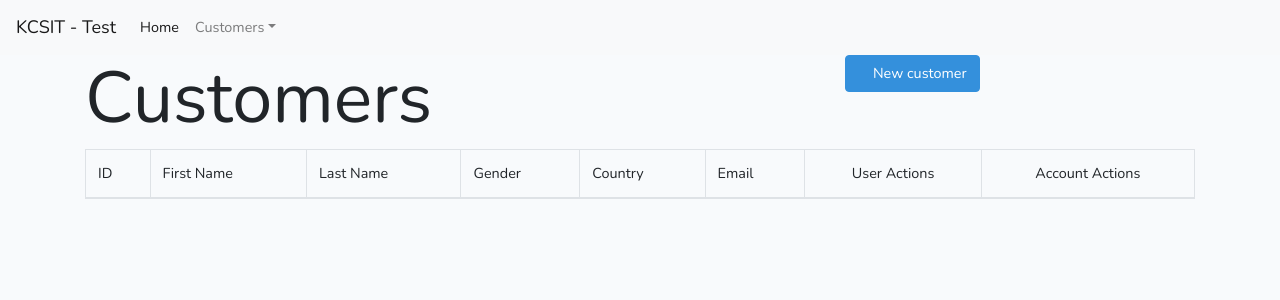
Repository: GilmarBrito/kcsit
Page: resources/views/customers/index.blade.php
The author's editor kept a copy of each file at every save. The page is drawn from the files as they stood at one save, then again after the next save.
The browser window is 1280 px wide. The pictures show the whole page.
The page is served by the project's Laravel application, run on PHP 8.4 with Laravel 8. Style sheets and scripts are compiled from the project's sources, by tool versions that may differ from the author's. The template is opened directly, without the code that normally fills it, so the values that code supplies are empty.

Above is the page before, as saved 2020-03-08 20:40:40.
Console error: ReferenceError: $ is not defined

After the next save:
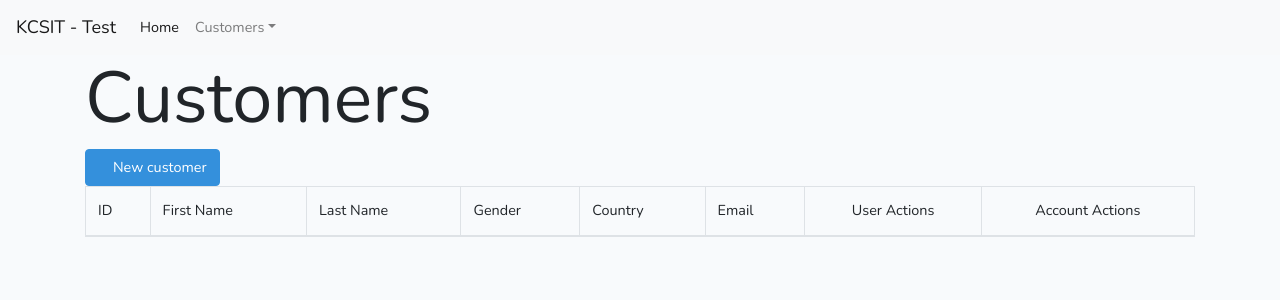
Saved 20 s later.
--- a/resources/views/customers/index.blade.php
+++ b/resources/views/customers/index.blade.php
@@ -2,10 +2,10 @@
 
 @section('main')
 <div class="row">
-    <div class="col-sm-8">
+    <div class="col-sm-12">
         <h1 class="display-3">Customers</h1>
     </div>
-    <div class="col-sm-4">
+    <div class="col-sm-12">
         <a href="{{route('customers.create')}}" class="btn btn-primary"><i class="fas fa-user-plus"></i> New customer</a>
     </div>
     <div class="col-sm-12">
